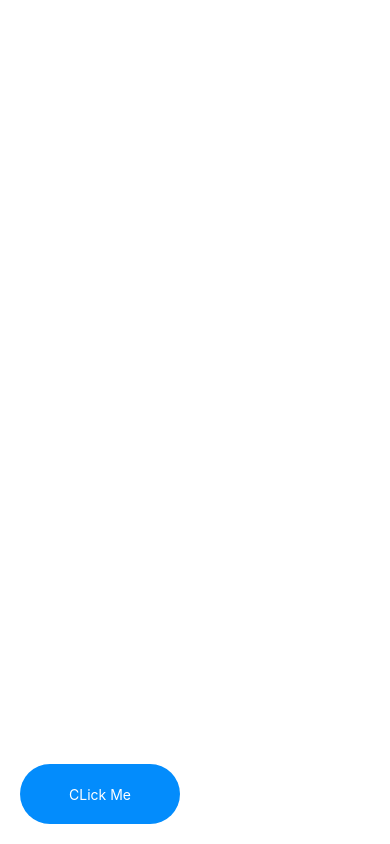
Repository: CodeBunny786/React-Native-Reveal-Animation
Screen: /
An editor plug-in stored every save of this project. The screen is shown before and after the next save, followed by the edit.
The app was drawn by React Native's web renderer in a window 390 px wide. The project was rebuilt for these pictures with package versions that can differ from the ones it lists, and the page was loaded fresh each time.

Above is the screen before, as saved 2019-10-28 11:59:29.

### App.js
import React, { Component } from "react";
import { StyleSheet, View, Animated, Text, TouchableWithoutFeedback } from "react-native";

// import { MaterialCommunityIcons as Icon } from "@expo/vector-icons";

export default class animations extends Component {
  state = {
    animation: new Animated.Value(0),
  };
  toggleOpen = () => {
    if (this._open) {
      Animated.timing(this.state.animation, {
        toValue: 0,
        duration: 800,
      }).start();
    } else {
      Animated.timing(this.state.animation, {
        toValue: 1,
        duration: 800,
      }).start();
    }
    this._open = !this._open;
  };
  render() {
    const scaleInterpolate = this.state.animation.interpolate({
      inputRange: [0, 1],
      outputRange: [0, 30],
    });

    const bgStyle = {
      transform: [
        {
          scale: scaleInterpolate,
        },
      ],
    };
    return (
      <View style={styles.container}>
        <Animated.View style={[styles.background, bgStyle]} >

        </Animated.View>

        <TouchableWithoutFeedback onPress={this.toggleOpen}>
          <View style={[styles.button, styles.pay]}>

            <Text style={styles.payText}>CLick Me</Text>
          </View>
        </TouchableWithoutFeedback>
      </View>
    );
  }
}

const styles = StyleSheet.create({
  container: {
    flex: 1,
  },
  background: {
    backgroundColor: "#038cfc",
    position: "absolute",
    width: 60,
    height: 60,
    bottom: 20,
     right: 20,
     left:20,
    borderRadius: 30,
  },
  button: {
    width: 160,
    height: 60,
    alignItems: "center",
    justifyContent: "center",
    shadowColor: "blue",
    shadowOpacity: .2,
    shadowOffset: { x: 2, y: 0 },
    shadowRadius: 12,
    borderRadius: 30,
    position: "absolute",
    bottom: 20,
    // right: 20,
    right: 20,
     left:20,
  },
  other: {
    backgroundColor: "#FFF",
  },
  payText: {
    color: "#FFF",
  },
  pay: {
    backgroundColor: "#038cfc",
  },
  label: {
    color: "#FFF",
    position: "absolute",
    fontSize: 18,
    backgroundColor: "transparent",
  },
});

After the next save:
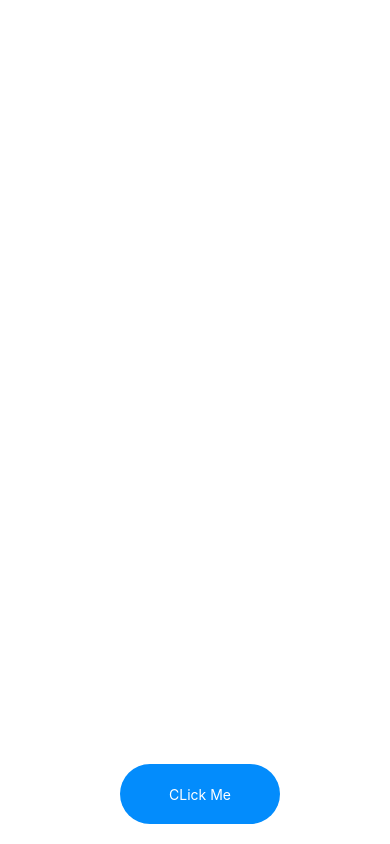
Saved 16 s later.
--- a/App.js
+++ b/App.js
@@ -79,7 +79,7 @@ const styles = StyleSheet.create({
     bottom: 20,
     // right: 20,
     right: 20,
-     left:20,
+     left:120,
   },
   other: {
     backgroundColor: "#FFF",
